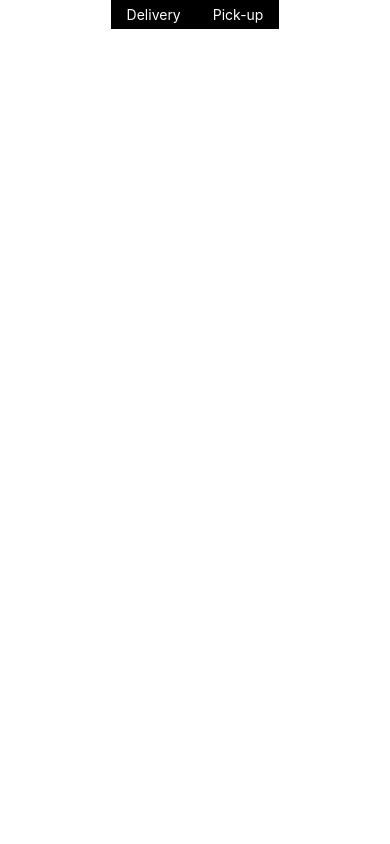
Repository: remydev47/ubereats-frontend
Screen: /RestaurantDetails
An editor plug-in stored every save of this project. The screen is shown before and after the next save, followed by the edit.
The app was drawn by React Native's web renderer in a window 390 px wide. The project was rebuilt for these pictures with package versions that can differ from the ones it lists, and the page was loaded fresh each time.

Above is the screen before, as saved 2022-05-28 11:03:32.

After the next save:
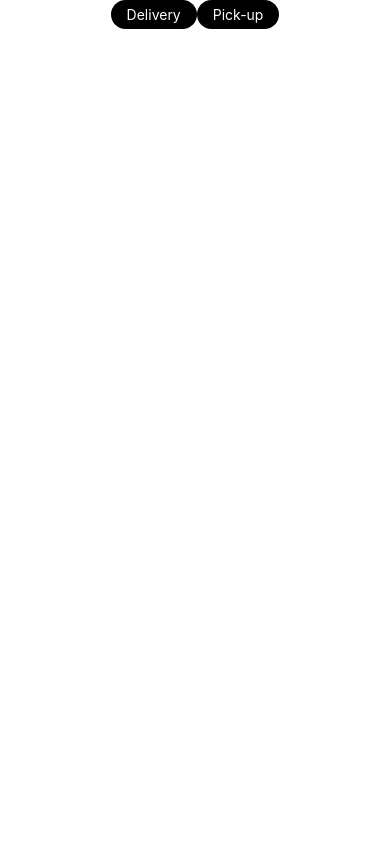
Saved 12 s later.
--- a/components/HeaderTabs.js
+++ b/components/HeaderTabs.js
@@ -17,7 +17,7 @@
                 backgroundColor: 'black',
                 paddingVertical: 6,
                 paddingHorizontal: 16,
-                borderDadius: 30,
+                borderRadius: 30,
             }}>
              <Text style={{ color: 'white'}}>{props.text}</Text>
             </TouchableOpacity>
